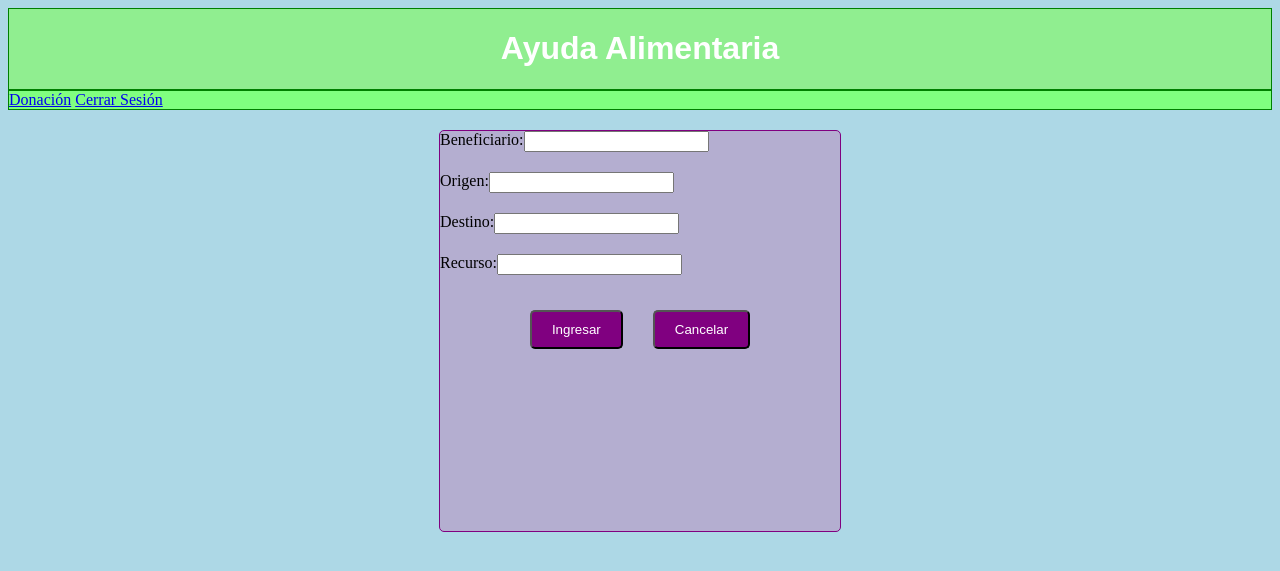
Repository: sonicspeed1/examen1_codigo_bryansantillan
Page: http://localhost/examen_1_bryan_santillan/donacion.jsp
These files come from the project's save history. The page is drawn as it stood at one moment and after the next save; the edit follows.
The browser window is 1280 px wide. The pictures show the whole page.
The page is served by Tomcat 9.

Above is the page before, as saved 2024-05-26 16:59:34.

After the next save:
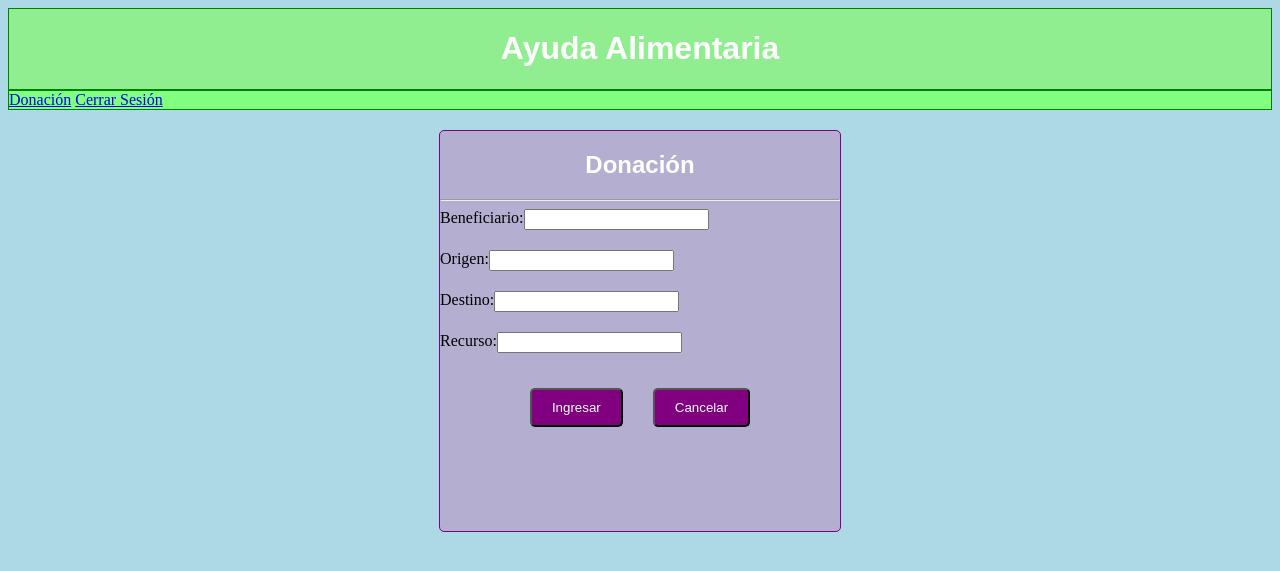
Saved 59 s later.
--- a/examen_1_bryan_santillan/src/main/webapp/donacion.jsp
+++ b/examen_1_bryan_santillan/src/main/webapp/donacion.jsp
@@ -19,6 +19,7 @@
 </nav>
 <div class="container">
     <div class="cuadro2">
+     <h2 class="titulo2">Donación</h2><hr>
     <form action=donacion.jsp method="post">
     <label class="item_reg">Beneficiario: <input type="text" name="nombre"></label>
 <label class="item_reg">Origen: <input type="text" name="ci"></label>
